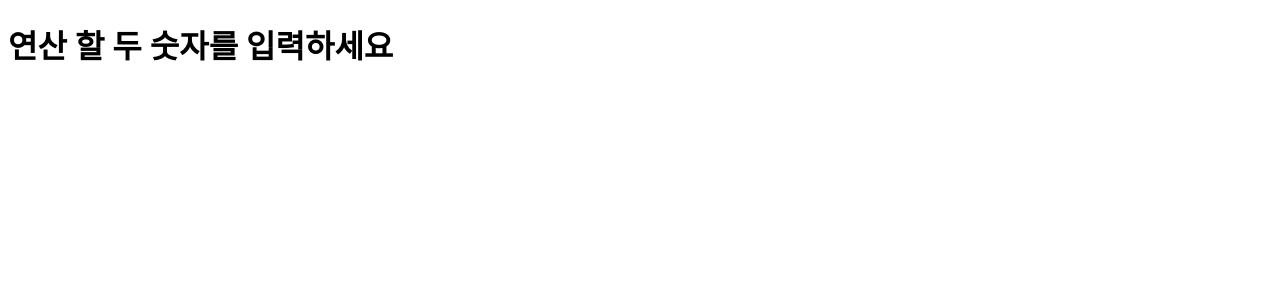
Repository: SongHyeSun/JSP
Page: jspSrc17/och02/src/main/webapp/num.html
These files come from the project's save history. The page is drawn as it stood at one moment and after the next save; the edit follows.
The browser window is 1280 px wide. The pictures show the whole page.

Above is the page before, as saved 2024-07-09 07:15:47.

After the next save:
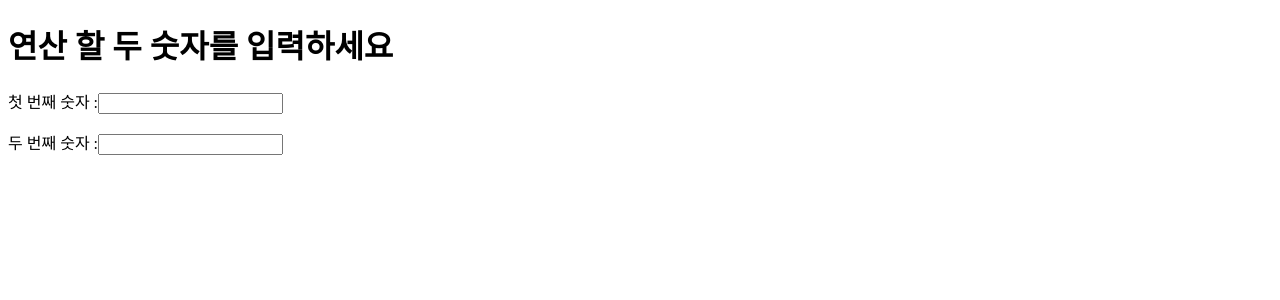
Saved 83 s later.
--- a/jspSrc17/och02/src/main/webapp/num.html
+++ b/jspSrc17/och02/src/main/webapp/num.html
@@ -6,5 +6,9 @@
 </head>
 <body>
 	<h1>연산 할 두 숫자를 입력하세요</h1>
+	<form action="Num" name="frm">
+		첫 번째 숫자 :<input type="text" name="num1"><p>
+		두 번째 숫자 :<input type="text" name="num2"><p>
+	</form>
 </body>
 </html>
